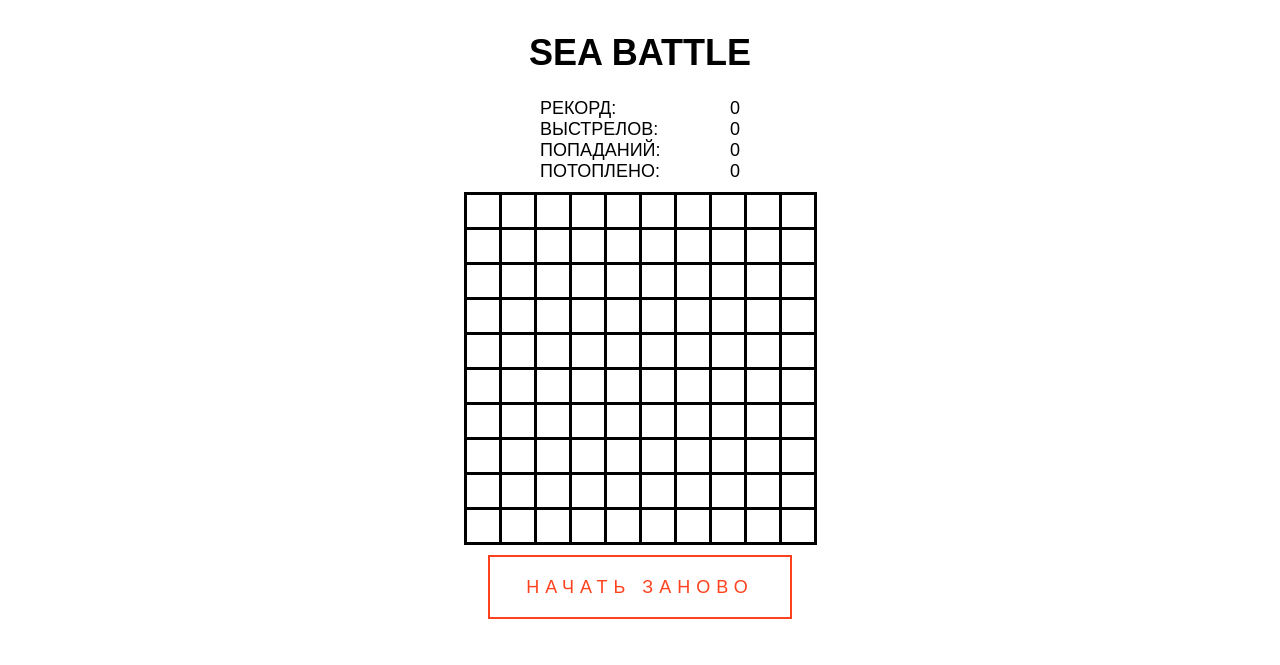
Repository: ShahzodSalimsakov/morskoyBoy
Page: index.html
An editor plug-in stored every save of this project. The page is shown before and after the next save, followed by the edit.
The browser window is 1280 px wide. The pictures show the whole page.

Above is the page before, as saved 2020-03-04 12:01:53.

After the next save:
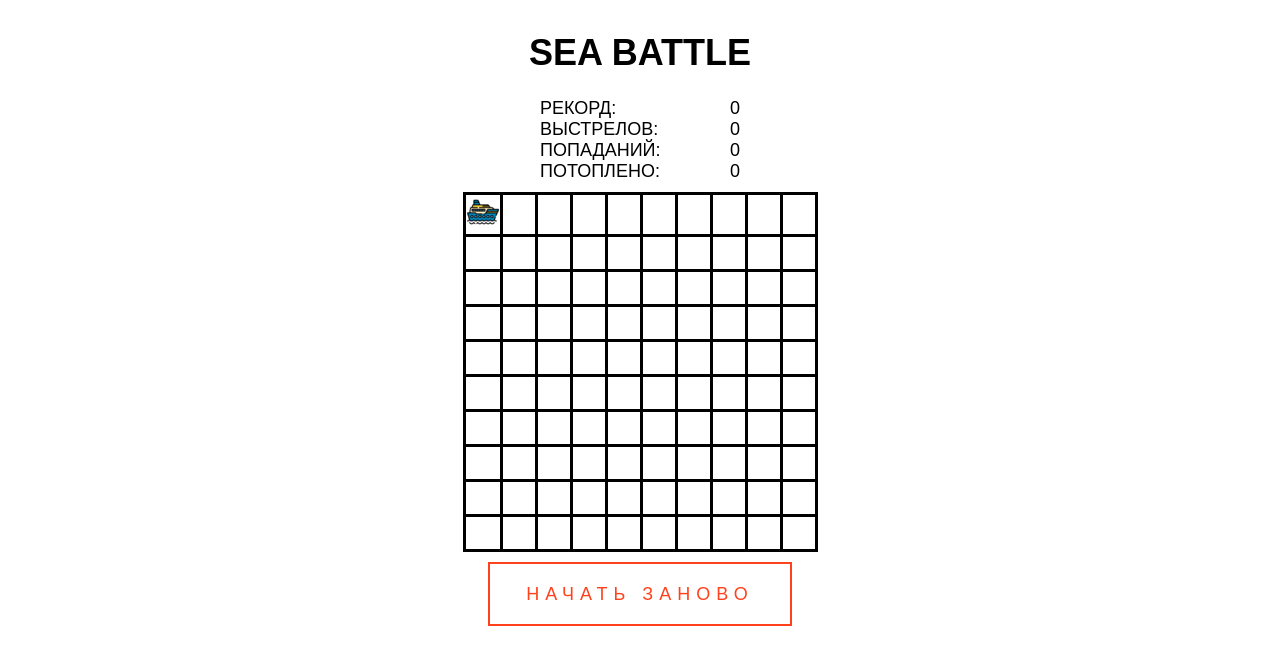
Saved 45 s later.
--- a/index.html
+++ b/index.html
@@ -37,7 +37,7 @@
         <div class="board">
             <table id="enemy">
                 <tr>
-                    <td id="00"></td>
+                    <td id="00"><img src="favicon/favicon-32x32.png" alt=""></td>
                     <td id="01"></td>
                     <td id="02"></td>
                     <td id="03"></td>

After the save that followed:
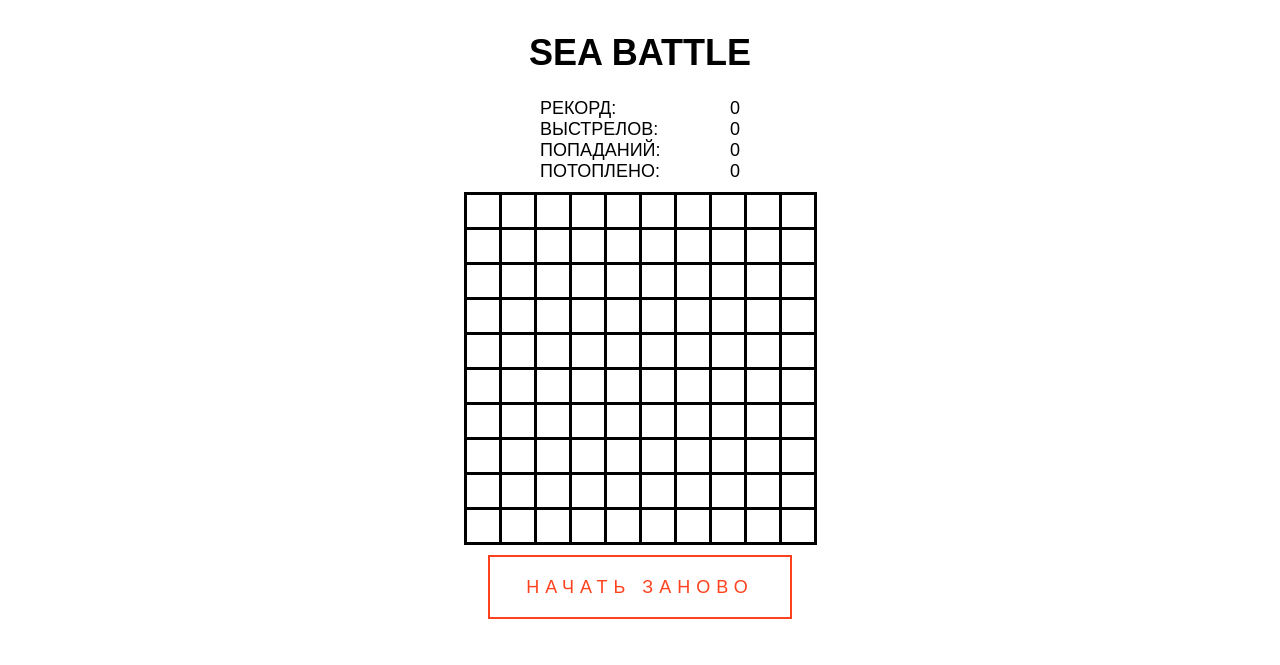
Saved 49 s later.
--- a/index.html
+++ b/index.html
@@ -37,7 +37,7 @@
         <div class="board">
             <table id="enemy">
                 <tr>
-                    <td id="00"><img src="favicon/favicon-32x32.png" alt=""></td>
+                    <td id="00"></td>
                     <td id="01"></td>
                     <td id="02"></td>
                     <td id="03"></td>
